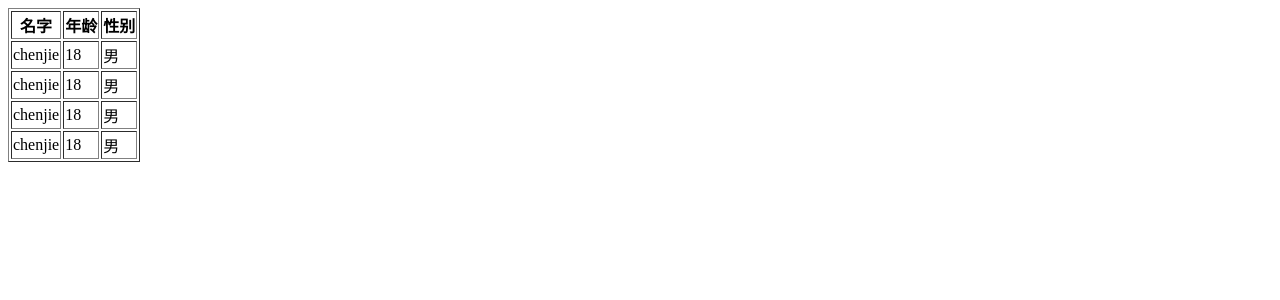
Repository: chenjieya/java
Page: index.html
An editor plug-in stored every save of this project. The page is shown before and after the next save, followed by the edit.
The browser window is 1280 px wide. The pictures show the whole page.

Above is the page before, as saved 2023-05-17 08:39:20.

After the next save:
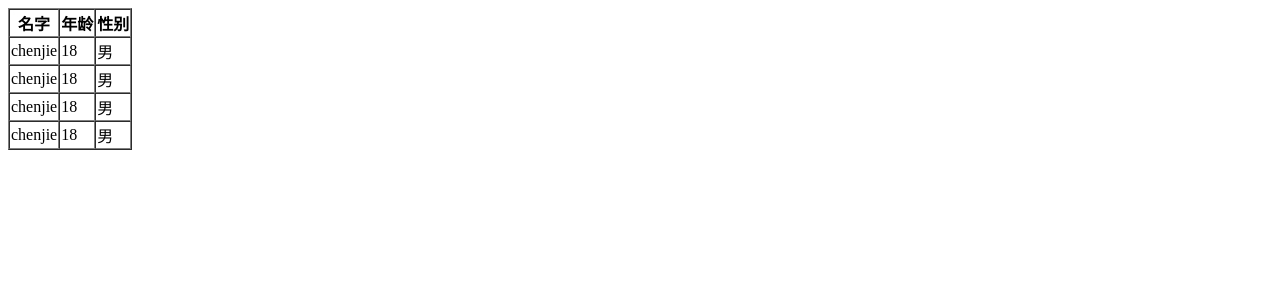
Saved 13 s later.
--- a/index.html
+++ b/index.html
@@ -7,7 +7,7 @@
   <title>Document</title>
 </head>
 <body>
-  <table border="1">
+  <table border="1" cellspacing="0">
     <tr>
       <th>名字</th>
       <th>年龄</th>
